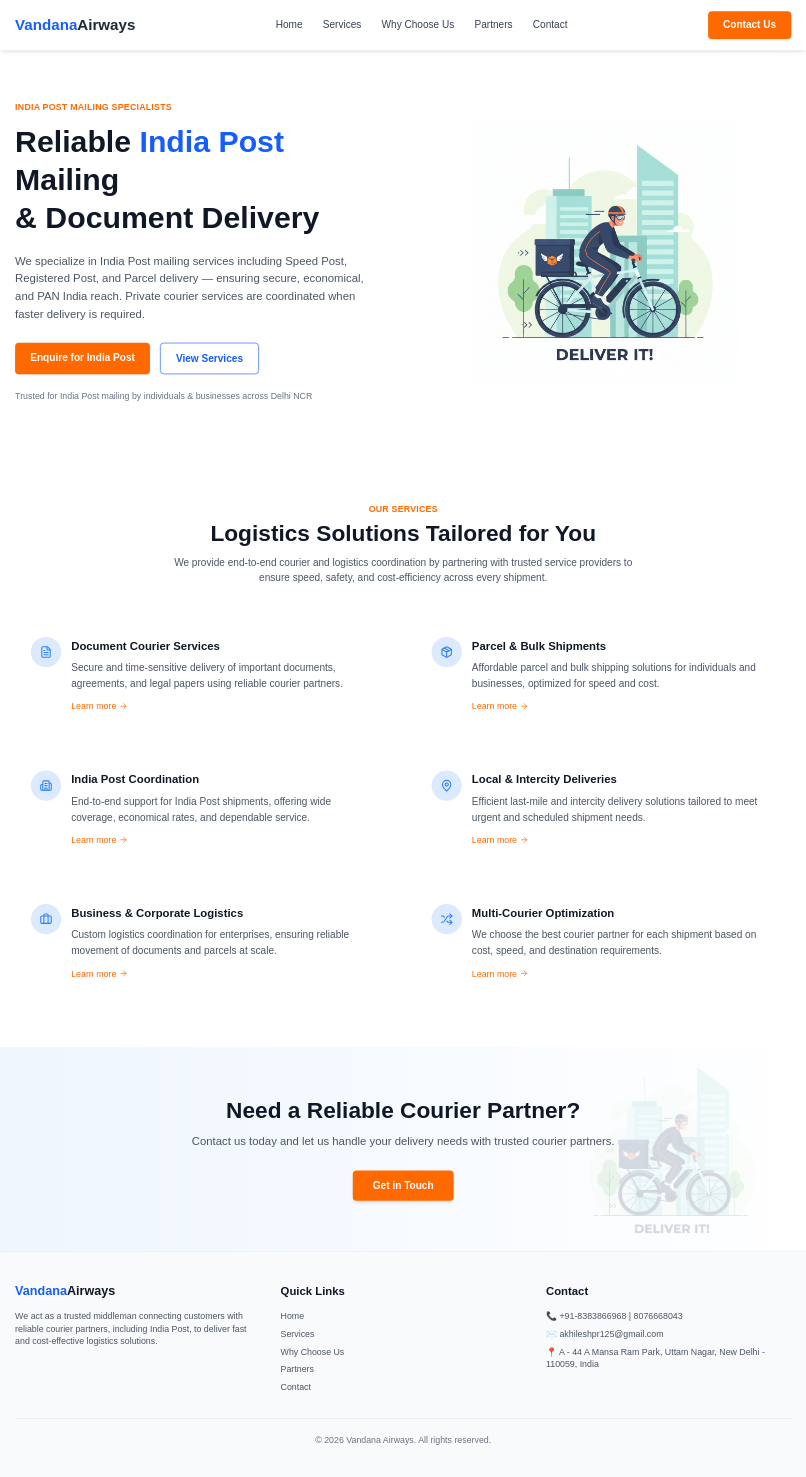
Repository: Rohit-foryou/Courier-Portfolio
Page: /
An editor plug-in stored every save of this project. The page is shown before and after the next save, followed by the edit.
The browser window is 1280 px wide. The pictures show the whole page, at 63% of full size.
The project was rebuilt for these pictures with package versions that can differ from the ones it lists, and the page was loaded fresh each time. The framework's server and built-in components were replaced by stand-ins that run in the browser. Also part of the build but not shown: next.config.ts.

Above is the page before, as saved 2026-02-11 01:05:27.

After the next save:
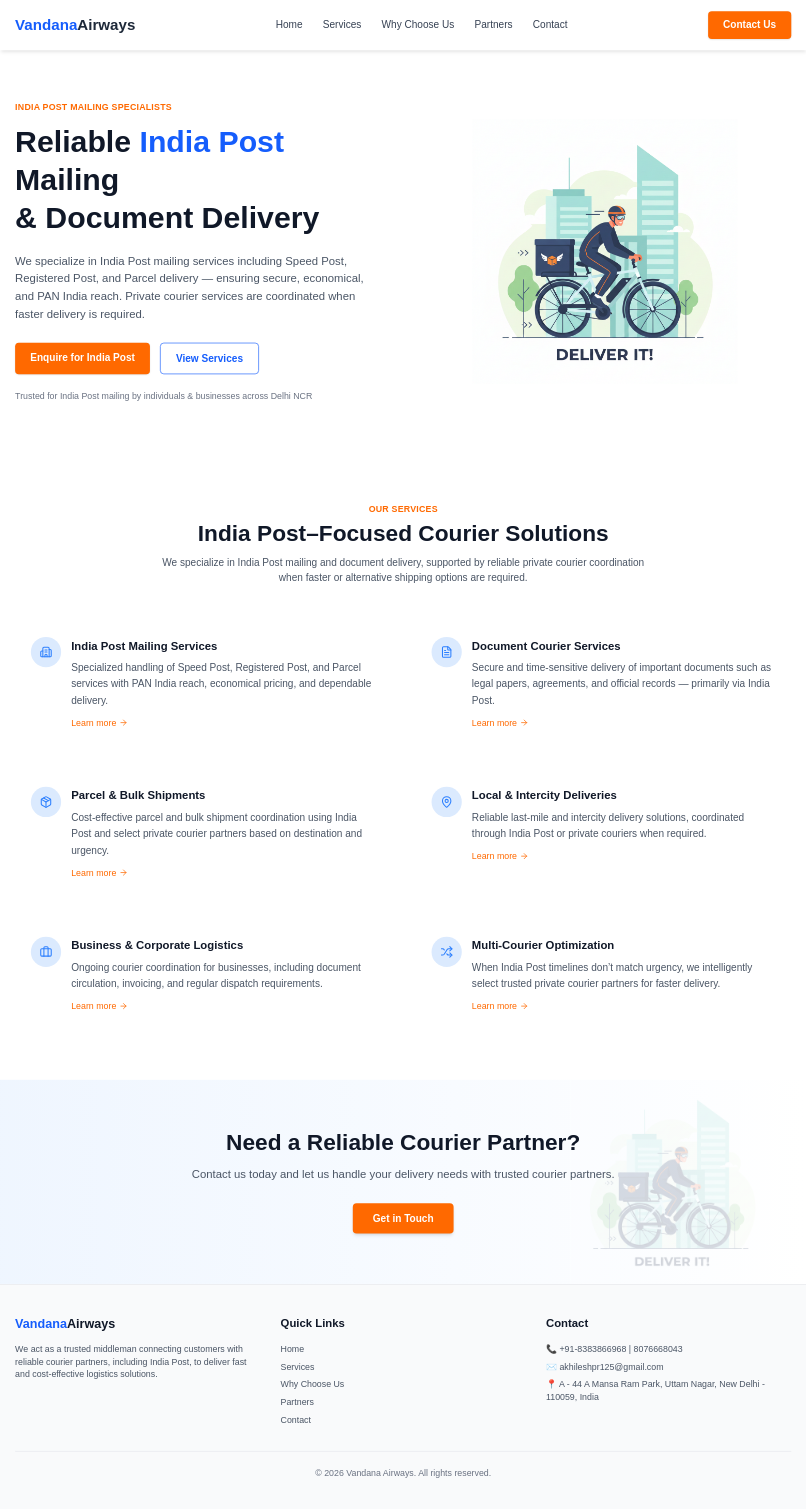
Saved 96 s later.
--- a/components/ServiceOverview.tsx
+++ b/components/ServiceOverview.tsx
@@ -19,50 +19,52 @@
             Our Services
           </p>
           <h2 className="mt-2 text-3xl md:text-4xl font-bold text-gray-900">
-            Logistics Solutions Tailored for You
+            India Post–Focused Courier Solutions
           </h2>
           <p className="mt-4 text-gray-600">
-            We provide end-to-end courier and logistics coordination by
-            partnering with trusted service providers to ensure speed, safety,
-            and cost-efficiency across every shipment.
+            We specialize in India Post mailing and document delivery, supported
+            by reliable private courier coordination when faster or alternative
+            shipping options are required.
           </p>
         </div>
 
         {/* Services Grid */}
         <div className="mt-14 grid grid-cols-1 md:grid-cols-2 gap-10">
+
+          {/* PRIMARY SERVICE */}
+          <ServiceCard
+            title="India Post Mailing Services"
+            description="Specialized handling of Speed Post, Registered Post, and Parcel services with PAN India reach, economical pricing, and dependable delivery."
+            icon={<Building2 size={20} />}
+          />
+
           <ServiceCard
             title="Document Courier Services"
-            description="Secure and time-sensitive delivery of important documents, agreements, and legal papers using reliable courier partners."
+            description="Secure and time-sensitive delivery of important documents such as legal papers, agreements, and official records — primarily via India Post."
             icon={<FileText size={20} />}
           />
 
           <ServiceCard
             title="Parcel & Bulk Shipments"
-            description="Affordable parcel and bulk shipping solutions for individuals and businesses, optimized for speed and cost."
+            description="Cost-effective parcel and bulk shipment coordination using India Post and select private courier partners based on destination and urgency."
             icon={<Package size={20} />}
           />
 
           <ServiceCard
-            title="India Post Coordination"
-            description="End-to-end support for India Post shipments, offering wide coverage, economical rates, and dependable service."
-            icon={<Building2 size={20} />}
-          />
-
-          <ServiceCard
             title="Local & Intercity Deliveries"
-            description="Efficient last-mile and intercity delivery solutions tailored to meet urgent and scheduled shipment needs."
+            description="Reliable last-mile and intercity delivery solutions, coordinated through India Post or private couriers when required."
             icon={<MapPin size={20} />}
           />
 
           <ServiceCard
             title="Business & Corporate Logistics"
-            description="Custom logistics coordination for enterprises, ensuring reliable movement of documents and parcels at scale."
+            description="Ongoing courier coordination for businesses, including document circulation, invoicing, and regular dispatch requirements."
             icon={<Briefcase size={20} />}
           />
 
           <ServiceCard
             title="Multi-Courier Optimization"
-            description="We choose the best courier partner for each shipment based on cost, speed, and destination requirements."
+            description="When India Post timelines don’t match urgency, we intelligently select trusted private courier partners for faster delivery."
             icon={<Shuffle size={20} />}
           />
         </div>
